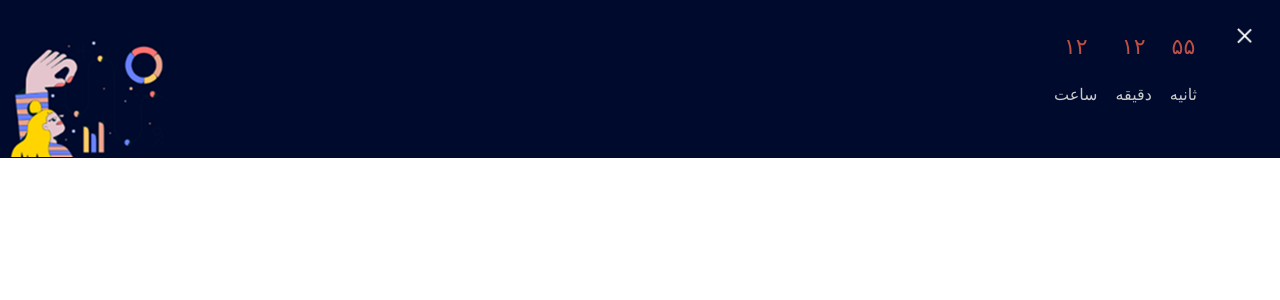
Repository: sinafath/fradars
Page: /
These files come from the project's save history. The page is drawn as it stood at one moment and after a run of saves; the edit follows.
The browser window is 1280 px wide. The pictures show the whole page.
The project was rebuilt for these pictures with package versions that can differ from the ones it lists, and the page was loaded fresh each time. The framework's server and built-in components were replaced by stand-ins that run in the browser. Also part of the build but not shown: next.config.ts.

Above is the page before, as saved 2025-09-21 17:58:18.

After the next 3 saves:
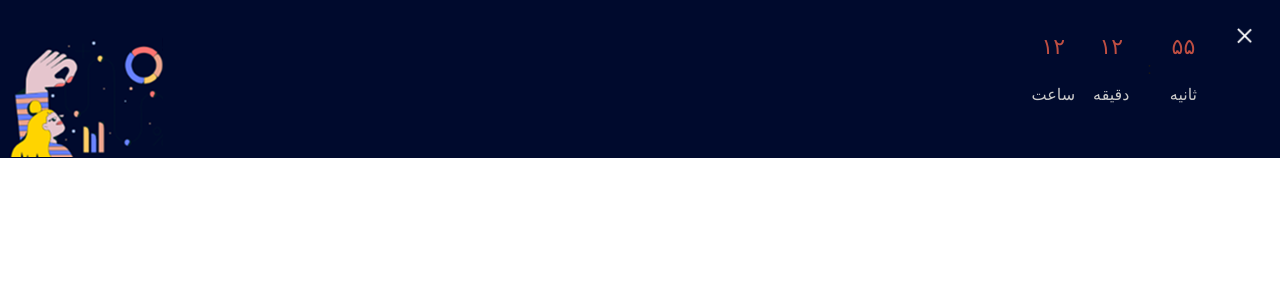
The 3 saves are shown as one change because they came seconds apart.
The last was saved 19 s later.
--- a/src/app/page.tsx
+++ b/src/app/page.tsx
@@ -26,6 +26,7 @@
           <span className="text-[22px] text-[#BF4F43]">۵۵</span>
           <span className="text-[#C9C9C9] text-[16px]">ثانیه</span>
         </Column >
+        <>:</>
         <Column className="gap-[20px] text-center">
           <span className="text-[22px] text-[#BF4F43]">۱۲</span>
           <span className="text-[#C9C9C9] text-[16px]">دقیقه</span>
